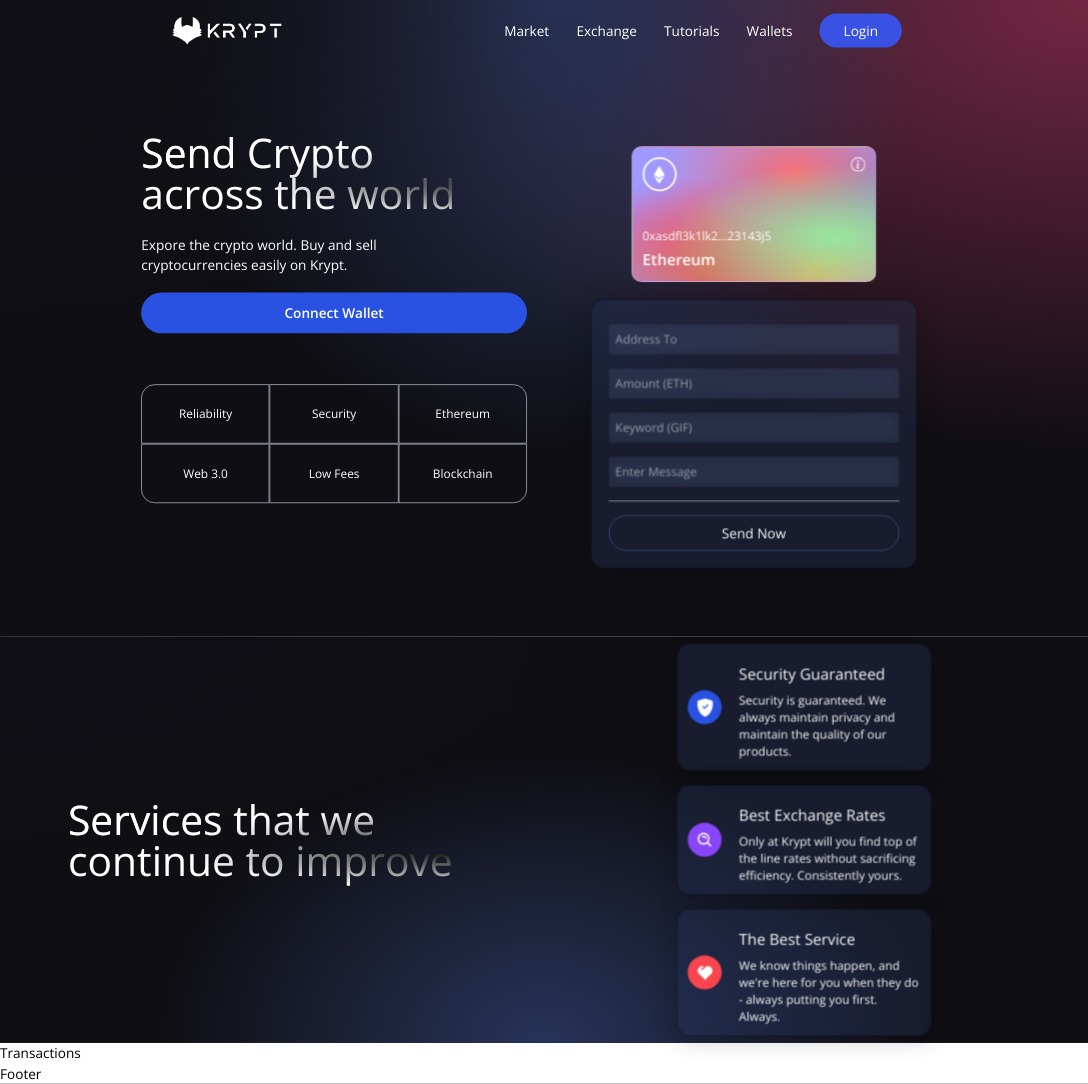
Repository: stephan-chiorean/krypt
Page: / (app in client/)
An editor plug-in stored every save of this project. The page is shown before and after the next save, followed by the edit.
The browser window is 1280 px wide. The pictures show the whole page, at 85% of full size.
The project was rebuilt for these pictures with package versions that can differ from the ones it lists, and the page was loaded fresh each time. Also part of the build but not shown: client/vite.config.js, client/src/components/Loader.jsx.

Above is the page before, as saved 2023-03-29 19:36:02.

After the next save:
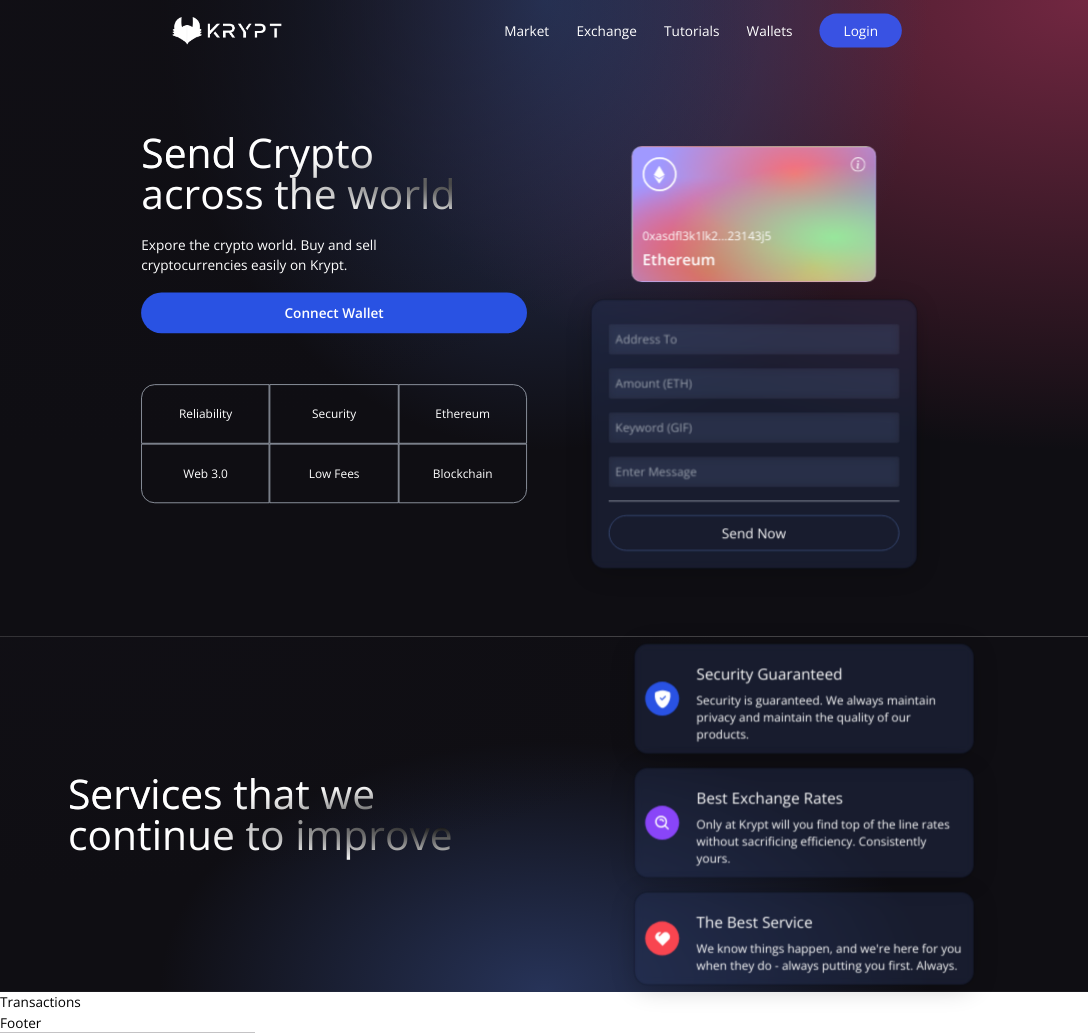
Saved 7 s later.
--- a/client/src/components/Services.jsx
+++ b/client/src/components/Services.jsx
@@ -4,7 +4,7 @@ import { BiSearchAlt } from 'react-icons/bi';
 import { RiHeart2Fill } from 'react-icons/ri';
 
 const ServiceCard = ({color, title, icon, subtitle}) => (
-  <div className='flex flex-row md:w-[300px] justify-start items-center p-3 m-2 cursor-pointer blue-glassmorphism'>
+  <div className='flex flex-row md:w-[400px] justify-start items-center p-3 m-2 cursor-pointer blue-glassmorphism'>
     <div className={`w-10 h-10 rounded-full flex justify-center items-center ${color}`}>
       {icon}
     </div>
